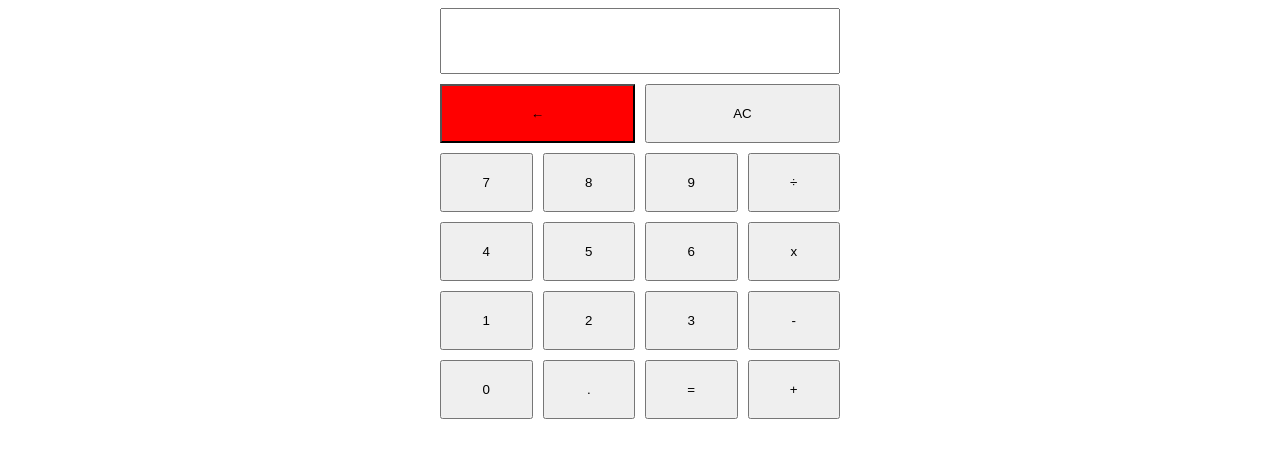
Repository: z1youRA/MyCalculator
Page: index.html
An editor plug-in stored every save of this project. The page is shown before and after the next save, followed by the edit.
The browser window is 1280 px wide. The pictures show the whole page.

Above is the page before, as saved 2021-12-19 17:49:48.

After the next save:
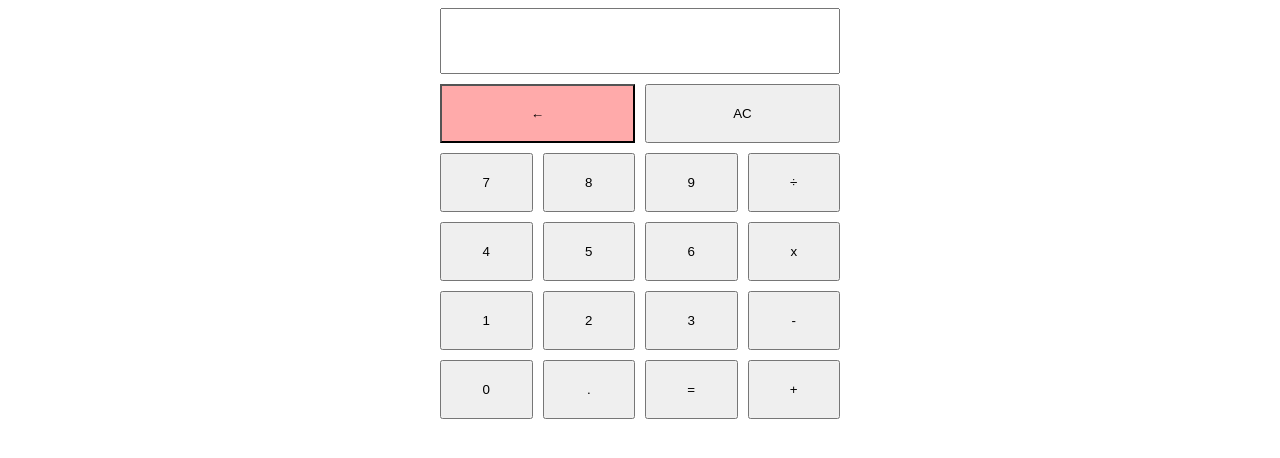
Saved 35 s later.
--- a/css/styles.css
+++ b/css/styles.css
@@ -1,3 +1,20 @@
+:root {
+    --background: #f6f6f6;
+    --font: #222;
+    --border: #333;
+    --screen: #eee;
+    --calculator: #aaa;
+    --btn: #eee;
+    --btn-hover: #ddd;
+    --btn-active: #ccc;
+    --btn-red: #faa;
+    --btn-red-hover: #e99;
+    --btn-red-active: #d88;
+    --btn-blue: #aaf;
+    --btn-blue-hover: #99e;
+    --btn-blue-active: #88d;
+}
+
 body {
     display: flex;
     flex-direction: column;
@@ -28,7 +45,7 @@ input {
 }
 
 .back {
-    background-color: red;
+    background-color: var(--btn-red);
 }
 
 button {
